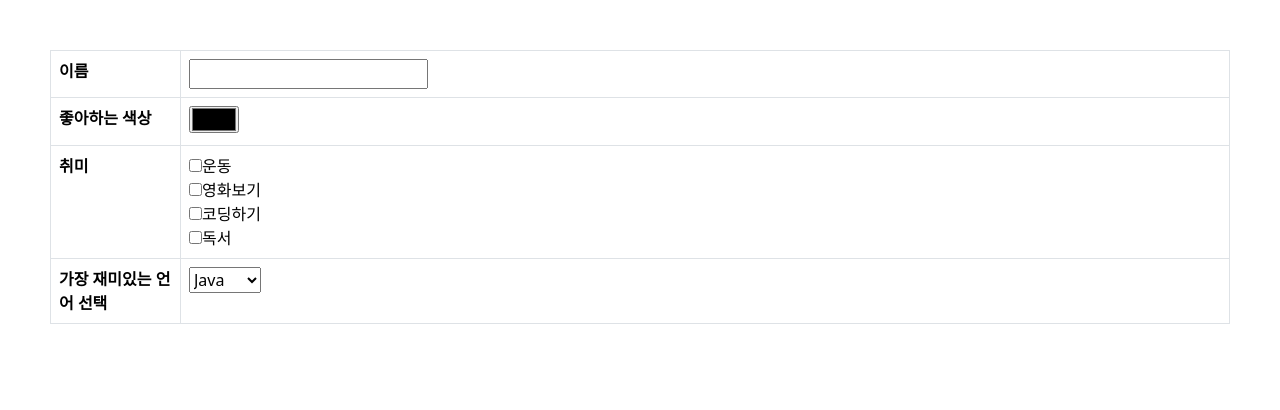
Repository: handongheee/Sist0103Project
Page: http://localhost/SpringMvcTest/WEB-INF/info/infoForm.jsp
An editor plug-in stored every save of this project. The page is shown before and after the next save, followed by the edit.
The browser window is 1280 px wide. The pictures show the whole page.
Some web fonts or font styles are not loaded; a fallback is used. The page is served by Tomcat 9. Nobody is signed in. The template is opened directly, without the code that normally fills it, so the values that code supplies are empty.

Above is the page before, as saved 2024-05-03 07:13:31.

After the next save:
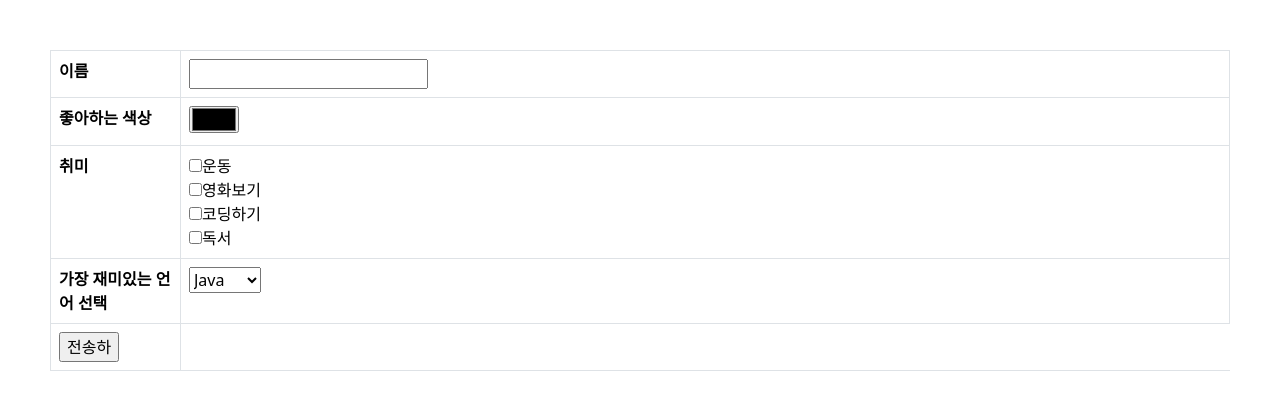
Saved 48 s later.
--- a/sts3work/SpringMvcTest/src/main/webapp/WEB-INF/info/infoForm.jsp
+++ b/sts3work/SpringMvcTest/src/main/webapp/WEB-INF/info/infoForm.jsp
@@ -52,6 +52,12 @@
 						</select>
 					</td>
 				</tr>
+
+				<tr>
+					<td>
+						<input type="button" value="전송하">
+					</td>
+				</tr>
 			</table>
 		</form>
 	</div>
